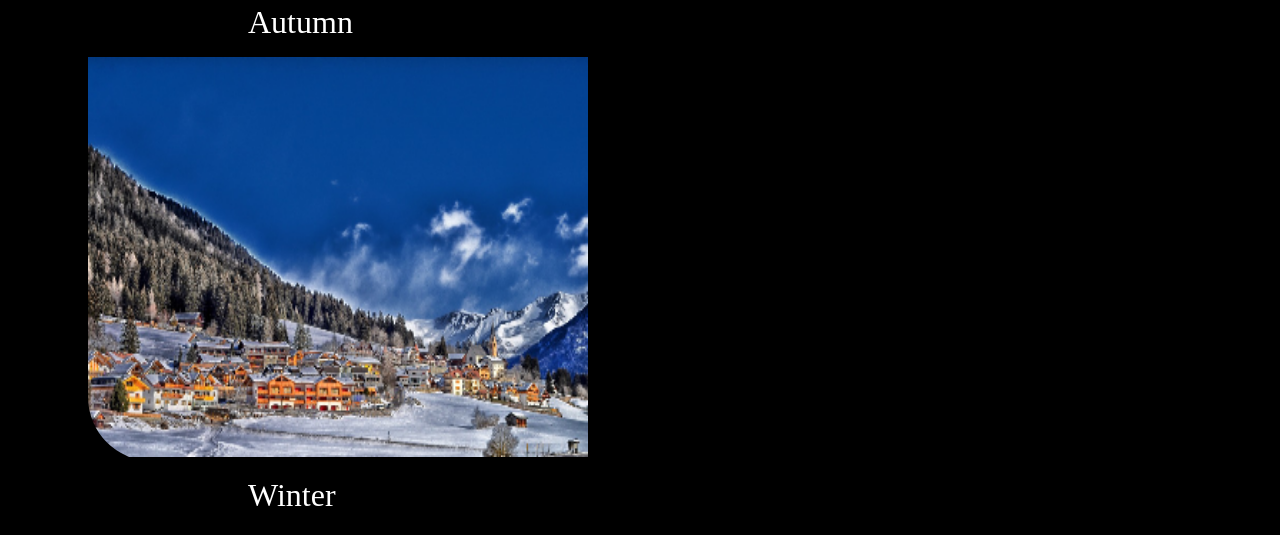
Repository: TheRealCisco/f2017CST336
Page: Challenge/ch1.html
The author's editor kept a record of every edit. The page is drawn from the files as they stood at one moment, then again after the next edit.
The browser window is 1280 px wide. The pictures show the part of the page from y = 1412 to 1947 px (the page is 1947 px tall before and 1939 px after).

Above is the page before.

### Challenge/ch1.html
<!DOCTYPE html>
<html>


        <meta charset="utf-8"/>
        <title>
            The Seasons
        </title>
        <link href="seasons.css" rel="stylesheet" type="text/css" />
    <body id = "body">
        <header>
            <h1>
                   The Seasons
            </h1>

        </header>
        <main>
            <figure id="img">
                <div id="img1">
                    <img src="Pic/spring.png" alt="Picture of spring" style="width:500px;height:400px;"/>
                </div>
            <figcaption id="txt">
                Spring
            </figcaption>
            </figure>
            <figure id="img">
                <div id="img2">
                    <img src="Pic/summer.png" alt="Picture of summer"style="width:500px;height:400px;"/>
                </div>
            <figcaption id="txt">
                Summer
            </figcaption>
            </figure>



        </main>
        <hr>

        <footer>
            <figure id="img">
                <div id="img3">
                    <img src="Pic/fall.png" alt="Picture of fall"style="width:500px;height:400px;"/>
                </div>
            <figcaption id="txt">
                Autumn
            </figcaption>
            </figure>
            <figure id="img">
                <figure id="img3">
                    <img src="Pic/winter.png" alt="Picture of winter"style="width:500px;height:400px;"/>
                </figure>
            <figcaption id="txt">
                Winter
            </figcaption>
            </figure>
        </footer>


    </body>


</html>

### Challenge/seasons.css
body{
    background-color: black;
    font-family:'Pacfico',cursive;
}
h1{
    text-align:center;
    color:yellow;
}

#img:hover{
    display:inline-block;
    -webkit-transform: scale(1.2);
    -ms-transform: scale(1.2);
    transform: scale(1.3);

}
#txt{
    color:white;
    padding-left: 200px;
    font-size: 200%;

}

#img1{

    border-top-left-radius: 4em;
    overflow:hidden;
}
#img2{

    border-top-right-radius: 4em;
    overflow:hidden;
}
#img3{

    border-bottom-left-radius: 4em;
    overflow:hidden;
}
#img4{

    border-bottom-right-radius: 4em;
    overflow:hidden;
}

After the next edit:
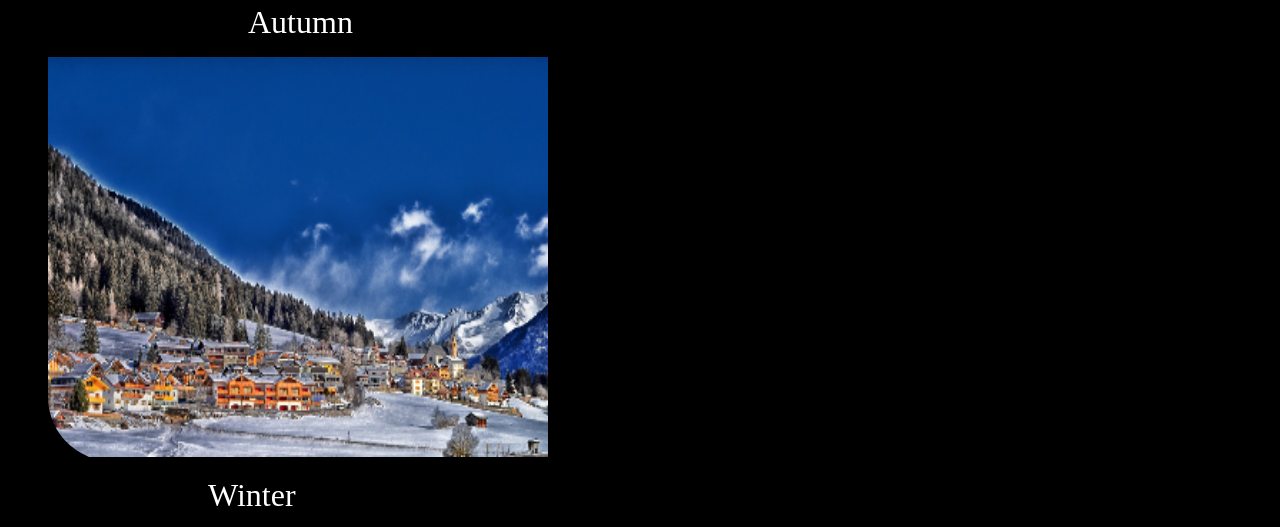
The edit:
--- a/Challenge/ch1.html
+++ b/Challenge/ch1.html
@@ -47,7 +47,7 @@
             </figcaption>
             </figure>
             <figure id="img">
-                <figure id="img3">
+                <div id="img3">
                     <img src="Pic/winter.png" alt="Picture of winter"style="width:500px;height:400px;"/>
                 </figure>
             <figcaption id="txt">
